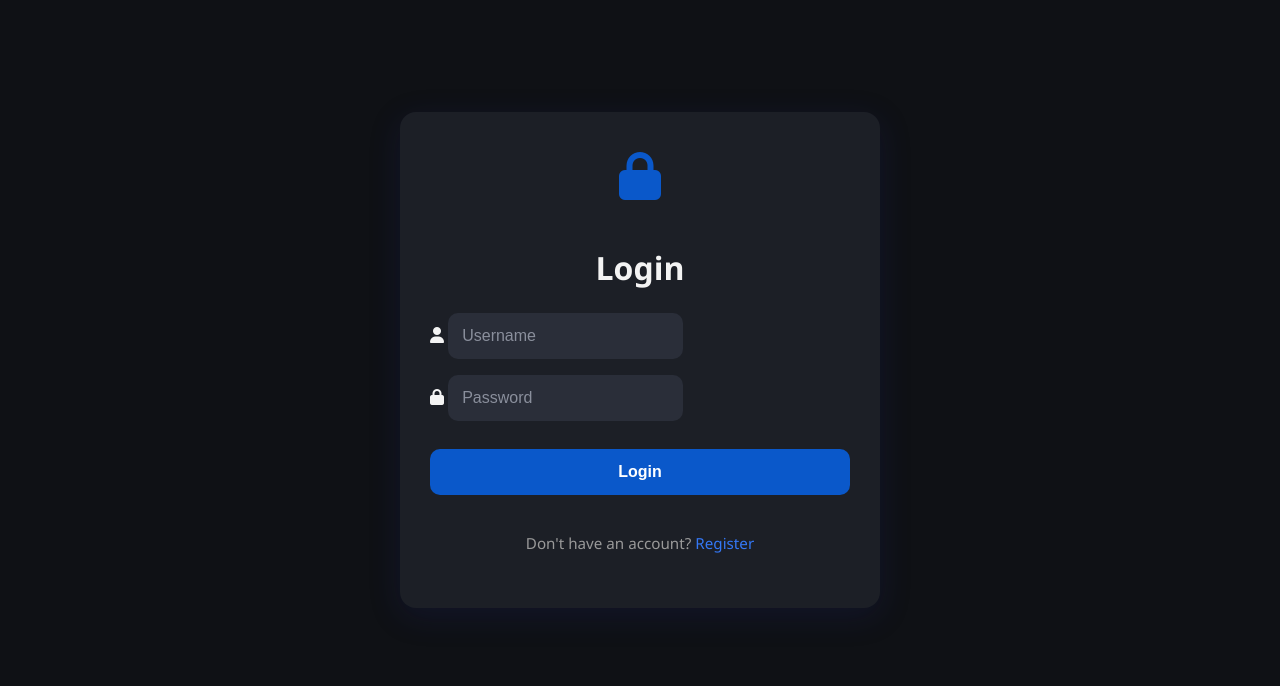
Repository: lowluds/auth-flask
Page: http://localhost/login
These files come from the project's save history. The page is drawn as it stood at one moment and after the next save; the edit follows.
The browser window is 1280 px wide. The pictures show the whole page.
The page is served by the project's application, run on Flask 3 (login.py).

Above is the page before, as saved 2025-07-10 22:09:35.

### templates/login.html
<!DOCTYPE html>
<html lang="en">
<head>
    <meta charset="UTF-8">
    <meta name="viewport" content="width=device-width, initial-scale=1.0">
    <title>Login</title>
    <link rel="stylesheet" href="{{ url_for('static', filename='register.css') }}">
    <link rel="stylesheet" href="{{ url_for('static', filename='error.css') }}">
    <link rel="stylesheet" href="https://cdnjs.cloudflare.com/ajax/libs/font-awesome/6.5.0/css/all.min.css">
</head>

<body>
    <div class="login-container">
        <i class="fas fa-lock" style="font-size:48px; color:#0a58ca; margin-bottom: 20px;"></i>
        <h2>Login</h2>
        <form method="post" action="/login">

          <div class="input-group">
              <i class="fas fa-user"></i>
              <input type="text" name="username" placeholder="Username" required><br>
            </div>

            <div class="input-group">
              <i class="fas fa-lock"></i>
              <input type="password" name="password" placeholder="Password" required><br>
            </div>

            {% with messages = get_flashed_messages(with_categories=true) %}
              {% if messages %}
                {% for category, message in messages %}
                  {% if category == 'error' %}
                  <div class="input-error">{{ message }}</div>
                  {% endif %}
                {% endfor %}
              {% endif %}
            {% endwith %}

            <button type="submit">Login</button><br>

            {% if show_forgot %}
            <a href="{{ url_for('forgot_password') }}" class="forgot-link">Forgot password?</a>
            {% endif %}

        </form>
        <p>Don't have an account? <a href="/register">Register</a></p>
    </div>
</body>
</html>

### login.py
from flask import Flask, render_template, request, redirect, url_for, session, flash
from werkzeug.security import check_password_hash
from werkzeug.security import generate_password_hash
import json

app = Flask (__name__)
app.secret_key = '123abc456'  # Change this to a secure random value

@app.route('/')
def home():
    return redirect(url_for('login'))

# Login
@app.route('/login', methods=['GET', 'POST'])
def login():
    if request.method == 'POST':
        # Get form input
        username = request.form['username']
        password = request.form['password']

        # Load users from JSON
        with open('users/userDB.json', 'r') as file:
            data = json.load(file)

        # Look for user
        for user in data['users']:
            if user['username'] == username:
                # Check hashed password
                if check_password_hash(user['password'], password):
                    session['username'] = username
                    session['group'] = user['group']
                    session.pop('show_forgot', None)

                    # Redirect based on group
                    if user['group'] == 'admin':
                        return redirect(url_for('admin'))
                    else:
                        return redirect(url_for('dashboard'))

                flash("Incorrect password", "error")
                session['show_forgot'] = True
                return redirect(url_for('login'))

        flash("Username or password not found", "error")
        session.pop('show_forgot', None)
        return redirect(url_for('login'))

    show_forgot = session.pop('show_forgot', False)
    return render_template('login.html', show_forgot=show_forgot)

# Register
@app.route('/register', methods=['GET', "POST"])
def register():
    if request.method == 'POST':
        username = request.form['username']
        password = request.form['password']
        group = "user"

        # Load existing users
        with open('users/userDB.json', 'r') as file:
            data = json.load(file)

        # Check for duplicate username
        for user in data['users']:
            if user['username'] == username:
                flash("Username already exists. Please choose another.", "error")
                return redirect(url_for('register'))

        # Hash the password
        hashed_password = generate_password_hash(password)

        # Add new user to userDB.json
        data['users'].append({
            'username': username,
            'password': hashed_password,
            'group'   : group
        })

        # Save the updated user to userDB.json
        with open('users/userDB.json', "w") as file:
            json.dump(data, file, indent=4)

        flash("You are registered! Please log in.", "success")
        return redirect(url_for('login'))

    # Only runs for GET requests
    return render_template('register.html')

# Forgot Password
@app.route('/forgot')
def forgot_password():
    return render_template('forgot.html')

# Dashboard
@app.route('/dashboard')
def dashboard():
    # Check if user is logged in
    if 'username' in session:
        return render_template('dashboard.html')
    else:
        return redirect(url_for('login'))
# Admin dashboard
@app.route('/admin')
def admin():
    if 'username' in session:
        if session.get('group') == 'admin':
            return render_template('admin.html')
        else:
            return "You are logged in, but not authorized to view this page"
    else:
        return redirect(url_for('login'))

# Logout
@app.route('/logout')
def logout():
    session.pop('username', None)
    return redirect(url_for('login'))

if __name__ == '__main__':
    app.run(debug=True)

### static/register.css
/* Global dark theme */
body {
    background: #0f1115;
    font-family: 'Segoe UI', Tahoma, Geneva, Verdana, sans-serif;
    margin: 0;
    padding: 0;
    color: #f3f3f3;
    min-height: 100vh;
    display: flex;
    justify-content: center;
    align-items: center;
}

/* Shared container styles */
.login-container,
.register-container,
.dashboard-container,
.admin-dashboard-container {
    background: #1c1f26;
    max-width: 420px;
    width: 100%;
    padding: 40px 30px;
    margin: 60px auto;
    border-radius: 16px;
    box-shadow: 0 8px 32px rgba(31, 38, 135, 0.18);
    display: flex;
    flex-direction: column;
    align-items: center;
}

/* Headings */
.login-container h2,
.register-container h2,
.dashboard-container h2,
.admin-dashboard-container h2 {
    color: #f3f3f3;
    margin-bottom: 24px;
    font-weight: 600;
    font-size: 2rem;
    text-align: center;
}

/* Forms */
form {
    width: 100%;
    display: flex;
    flex-direction: column;
}

/* Labels */
label {
    margin-bottom: 6px;
    color: #ccc;
    font-size: 0.95rem;
}

/* Inputs */
input,
select {
    padding: 14px;
    margin-bottom: 16px;
    border: none;
    border-radius: 10px;
    background-color: #2a2e39;
    color: #f3f3f3;
    font-size: 1rem;
    transition: all 0.2s ease-in-out;
}

input::placeholder {
    color: #8a8f9c;
}

input:focus,
select:focus {
    outline: none;
    background-color: #2f3541;
    border: 1.5px solid #3478f6;
}

/* Buttons */
button {
    background-color: #0a58ca;
    color: #fff;
    border: none;
    border-radius: 10px;
    padding: 14px;
    font-size: 1rem;
    font-weight: 600;
    cursor: pointer;
    transition: background-color 0.3s ease;
    margin-top: 12px;
}

button:hover {
    background-color: #0846a1;
}

/* Links */
a {
    color: #3478f6;
    text-decoration: none;
    font-weight: 500;
    font-size: 0.95rem;
}

a:hover {
    color: #5a9afc;
    text-decoration: underline;
}

/* Paragraphs */
p {
    margin-top: 16px;
    color: #999;
    font-size: 0.95rem;
}

/* Forgot Password */
.forgot-link {
    text-align: center;
    margin-bottom: 10px;
}

/* Flash error styling */
.input-error {
    color: #ff4d4d;
    font-weight: bold;
    margin-bottom: 12px;
    text-align: center;
}

/* Responsive */
@media (max-width: 600px) {
    .login-container,
    .register-container,
    .dashboard-container,
    .admin-dashboard-container {
        width: 90%;
        padding: 24px;
    }
}

### static/error.css
/* Modern error style for login and form input errors */
.input-error {
    background: none;
    color: #ff0000;
    padding: 0;
    border-radius: 0;
    margin: 14px 0 18px 0;
    font-weight: 600;
    text-align: center;
    box-shadow: none;
    letter-spacing: 0.7px;
    font-size: 1.08rem;
    border: none;
    text-shadow: none;
    max-width: 400px;
    width: 90%;
    margin-left: auto;
    margin-right: auto;
}
@keyframes fadeOut {
  0% { opacity: 0.98; transform: translateY(0); }
  80% { opacity: 0.98; }
  100% { opacity: 0; transform: translateY(-20px); pointer-events: none; }
}

After the next save:
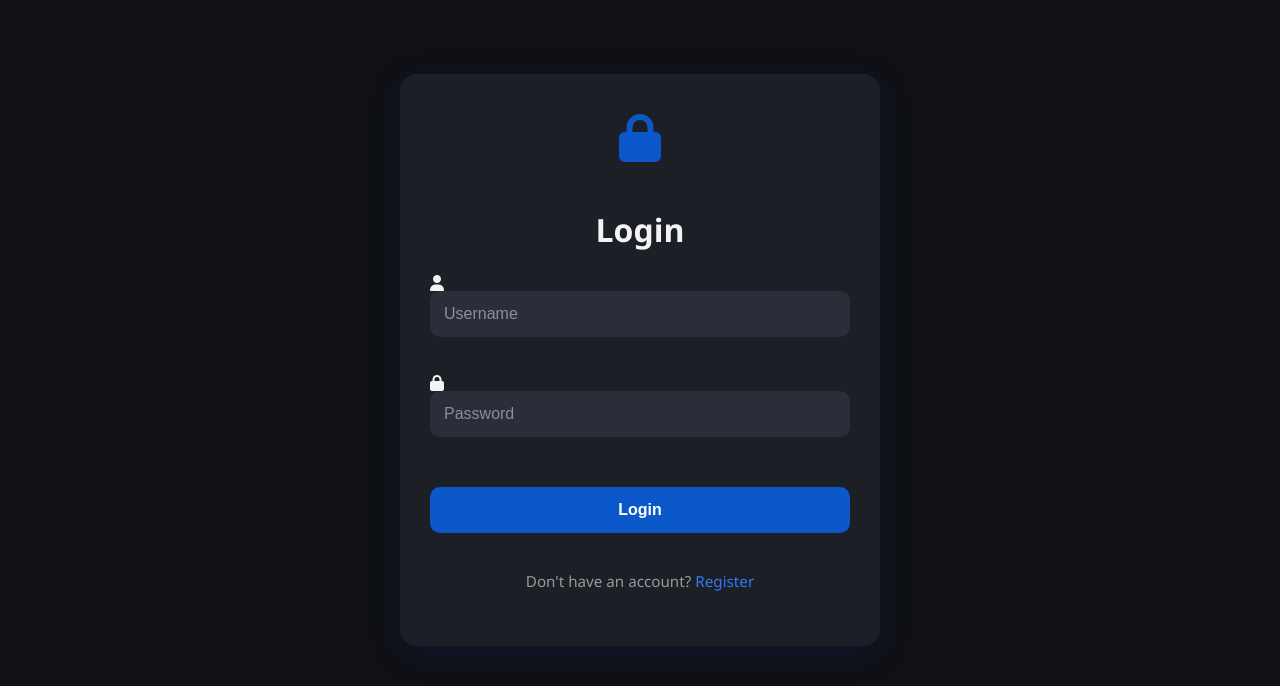
Saved 32 s later.
--- a/templates/login.html
+++ b/templates/login.html
@@ -15,15 +15,11 @@
         <h2>Login</h2>
         <form method="post" action="/login">
 
-          <div class="input-group">
               <i class="fas fa-user"></i>
               <input type="text" name="username" placeholder="Username" required><br>
-            </div>
 
-            <div class="input-group">
               <i class="fas fa-lock"></i>
               <input type="password" name="password" placeholder="Password" required><br>
-            </div>
 
             {% with messages = get_flashed_messages(with_categories=true) %}
               {% if messages %}

After the save that followed:
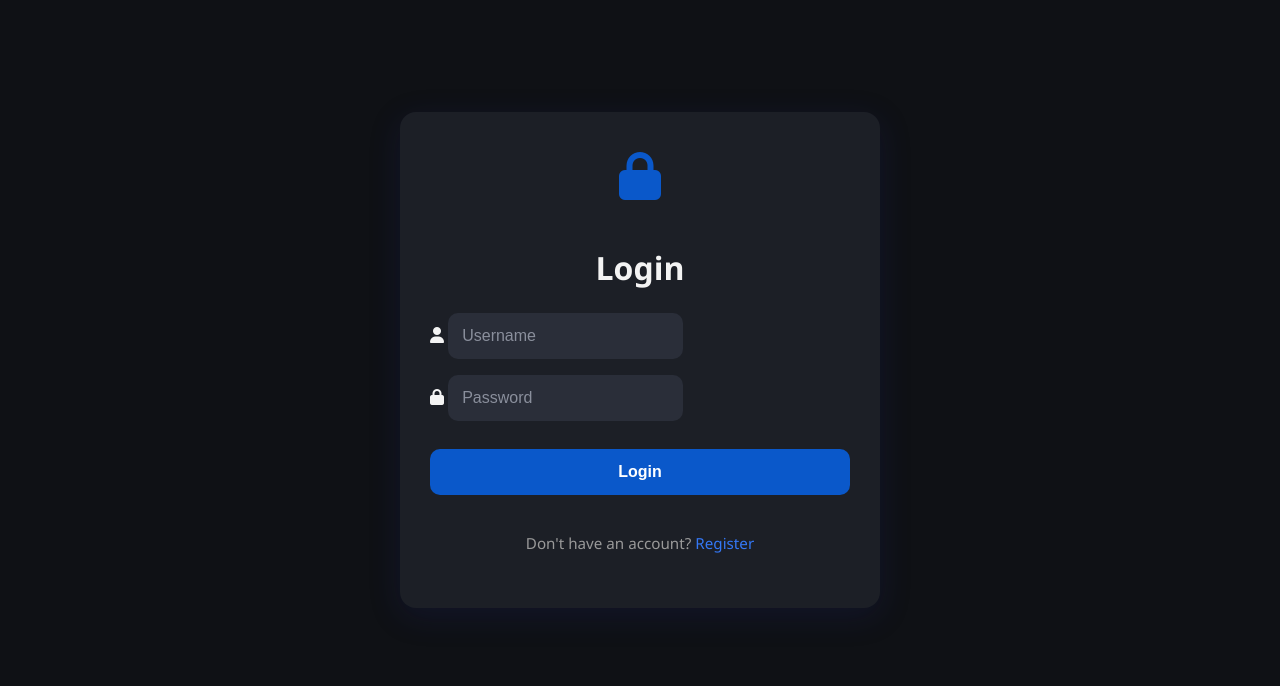
Saved 18 s later.
--- a/templates/login.html
+++ b/templates/login.html
@@ -15,11 +15,15 @@
         <h2>Login</h2>
         <form method="post" action="/login">
 
+          <div class="input-group">
               <i class="fas fa-user"></i>
               <input type="text" name="username" placeholder="Username" required><br>
+            </div>
 
+            <div class="input-group">
               <i class="fas fa-lock"></i>
               <input type="password" name="password" placeholder="Password" required><br>
+            </div>
 
             {% with messages = get_flashed_messages(with_categories=true) %}
               {% if messages %}
